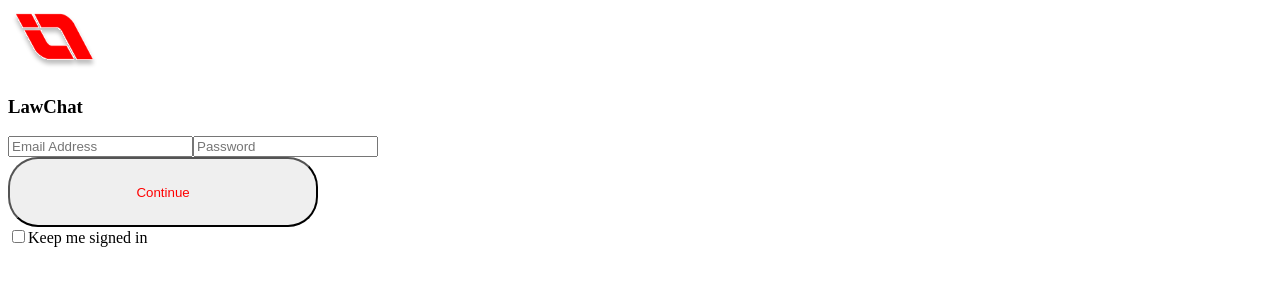
Repository: Nicktacku/LawChat
Page: / (app in lawchat/)
The author's editor kept a copy of each file at every save. The page is drawn from the files as they stood at one save, then again after the next save.
The browser window is 1280 px wide. The pictures show the whole page.
The project was rebuilt for these pictures with package versions that can differ from the ones it lists, and the page was loaded fresh each time. Also part of the build but not shown: lawchat/src/pages/Home.js.

Above is the page before, as saved 2024-08-12 11:44:54.

After the next save:
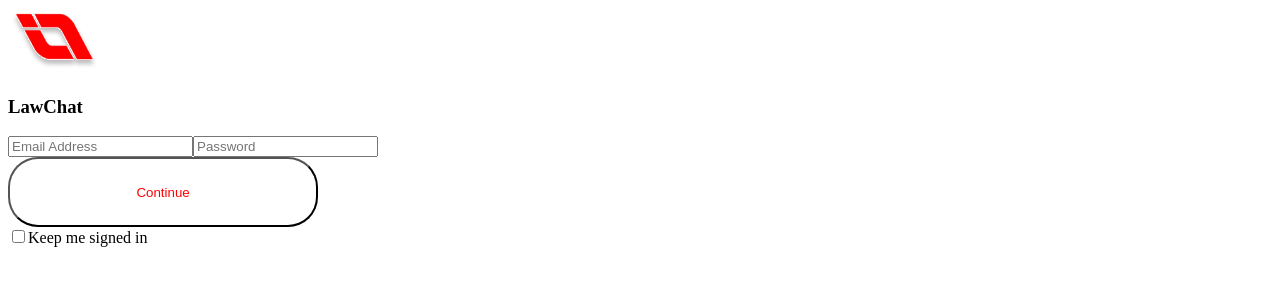
Saved 20 s later.
--- a/lawchat/src/styles/button.css
+++ b/lawchat/src/styles/button.css
@@ -2,5 +2,5 @@
     border-radius: 30px;
     padding: 2% 10%;
     color: #ff0000;
-    font-color: #ffffff;
+    background-color: #ffffff;
 }
